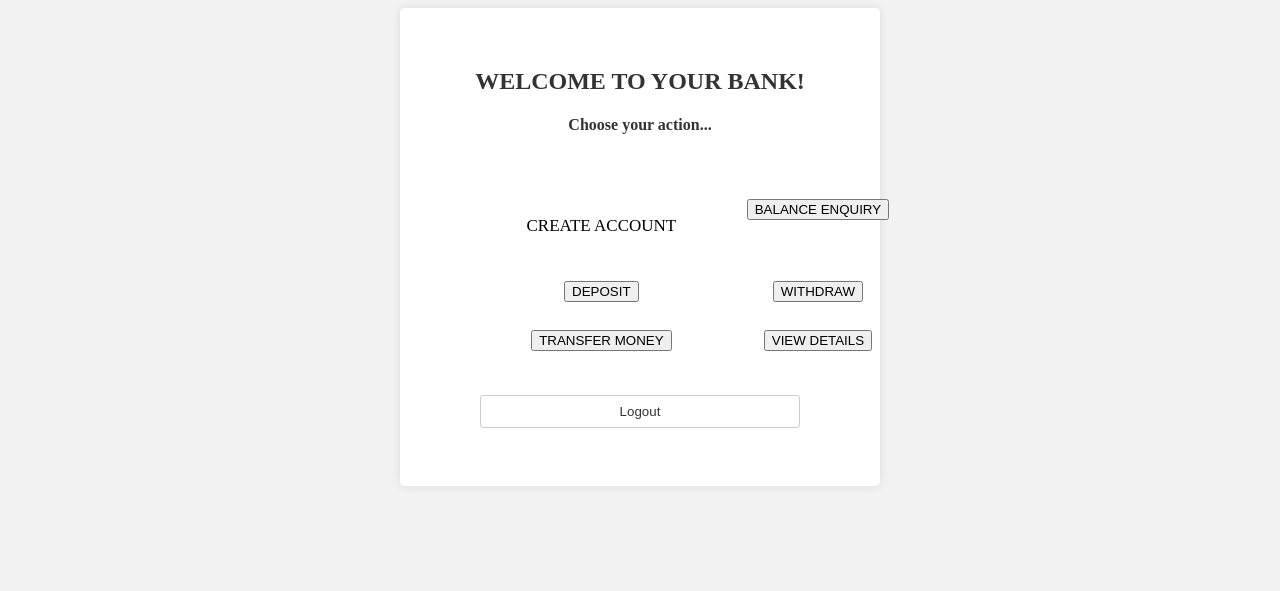
Repository: mansistic-0n3/Java_IGT
Page: Java Project/BankServlet/src/main/webapp/Home.html
These files come from the project's save history. The page is drawn as it stood at one moment and after the next save; the edit follows.
The browser window is 1280 px wide. The pictures show the whole page.

Above is the page before, as saved 2023-07-03 06:27:22.

### Java Project/BankServlet/src/main/webapp/Home.html
<!DOCTYPE html>
<html>
<head>
  <title>BANK</title>
   <!--<style>
 .button{
  width: 100%;
  padding: 10px;
  border-radius: 3px;
  border: none;
  background-color: #AEC6CF;
  color: #ffffff;
  cursor: pointer;
 }
 .button:hover {
      transform: scale(1.2);
    }
  </style>-->
  <style>
  .btn {
 position: relative;
 font-size: 17px;
 text-transform: uppercase;
 text-decoration: none;
 padding: 1em 2.5em;
 display: inline-block;
 border-radius: 6em;
 transition: all .2s;
 border: none;
 font-family: inherit;
 font-weight: 500;
 color: black;
 background-color: white;
}

.btn:hover {
 transform: translateY(-3px);
 box-shadow: 0 10px 20px rgba(0, 0, 0, 0.2);
}

.btn:active {
 transform: translateY(-1px);
 box-shadow: 0 5px 10px rgba(0, 0, 0, 0.2);
}

.btn::after {
 content: "";
 display: inline-block;
 height: 100%;
 width: 100%;
 border-radius: 100px;
 position: absolute;
 top: 0;
 left: 0;
 z-index: -1;
 transition: all .4s;
}

.btn::after {
 background-color: #fff;
}

.btn:hover::after {
 transform: scaleX(1.4) scaleY(1.6);
 opacity: 0;
}
  </style>
</head>
<body style="background-color: #f2f2f2; text-align:center;">
<div style="max-width: 400px; margin: 0 auto; padding: 40px; background-color: #ffffff; border-radius: 5px; box-shadow: 0 0 10px rgba(0, 0, 0, 0.1);">
 <h2 style="text-align: center; color: #333333;">WELCOME TO YOUR BANK!</h2>
 <h4 style="text-align: center; color: #333333;">Choose your action...</h4>
  <div style="display: grid; grid-template-columns: repeat(2, 1fr); gap: 20px; max-width: 400px; margin: 0 auto; padding: 40px;">
   <form action="create.html"> <div style="text-align: center;padding:4px;">
      <input type="submit" value = "CREATE ACCOUNT" class="btn">
    </div></form>
    <form action="Bal.html"> <div style="text-align: center;padding:4px;">
      <input type="submit" value = "BALANCE ENQUIRY" class="button">
    </div></form>
   <form action="Deposit.html"> <div style="text-align: center;padding:4px;">
      <input type="submit" value = "DEPOSIT" class="button">
    </div></form>
    <form action="Withdraw.html"> <div style="text-align: center; padding:4px;">
      <input type="submit" value = "WITHDRAW" class="button">
    </div></form>
     <form action="transfer.html"> <div style="text-align: center; padding:4px;">
      <input type="submit" value = "TRANSFER MONEY" class="button">
    </div></form>
    <form action="detail.html"> <div style="text-align: center; padding:4px;">
      <input type="submit" value = "VIEW DETAILS" class="button">
    </div></form>
  </div>

      <form action="login.html">
        <input type="submit" value="Logout" style="width: 80%; padding: 8px; border-radius: 3px; border: 1px solid #cccccc; background-color: #ffffff; color: #333333; cursor: pointer;">
      <br><br></form></div>
</body>
</html>

After the next save:
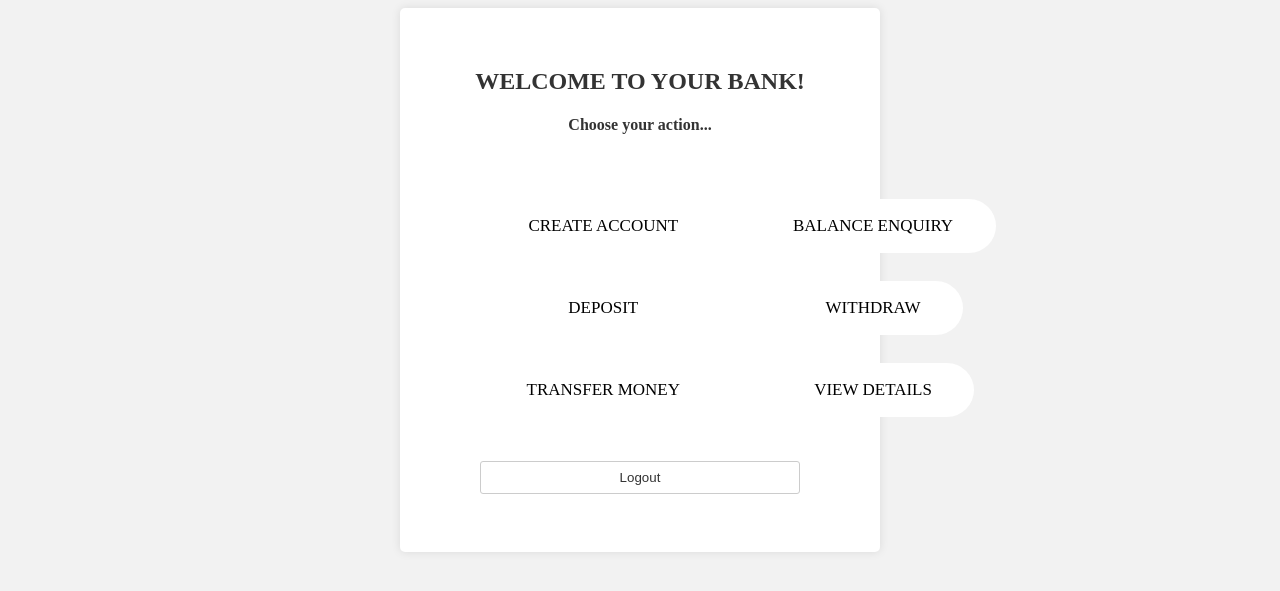
Saved 41 s later.
--- a/Java Project/BankServlet/src/main/webapp/Home.html
+++ b/Java Project/BankServlet/src/main/webapp/Home.html
@@ -75,19 +75,19 @@
       <input type="submit" value = "CREATE ACCOUNT" class="btn">
     </div></form>
     <form action="Bal.html"> <div style="text-align: center;padding:4px;">
-      <input type="submit" value = "BALANCE ENQUIRY" class="button">
+      <input type="submit" value = "BALANCE ENQUIRY" class="btn">
     </div></form>
    <form action="Deposit.html"> <div style="text-align: center;padding:4px;">
-      <input type="submit" value = "DEPOSIT" class="button">
+      <input type="submit" value = "DEPOSIT" class="btn">
     </div></form>
     <form action="Withdraw.html"> <div style="text-align: center; padding:4px;">
-      <input type="submit" value = "WITHDRAW" class="button">
+      <input type="submit" value = "WITHDRAW" class="btn">
     </div></form>
      <form action="transfer.html"> <div style="text-align: center; padding:4px;">
-      <input type="submit" value = "TRANSFER MONEY" class="button">
+      <input type="submit" value = "TRANSFER MONEY" class="btn">
     </div></form>
     <form action="detail.html"> <div style="text-align: center; padding:4px;">
-      <input type="submit" value = "VIEW DETAILS" class="button">
+      <input type="submit" value = "VIEW DETAILS" class="btn">
     </div></form>
   </div>
 
